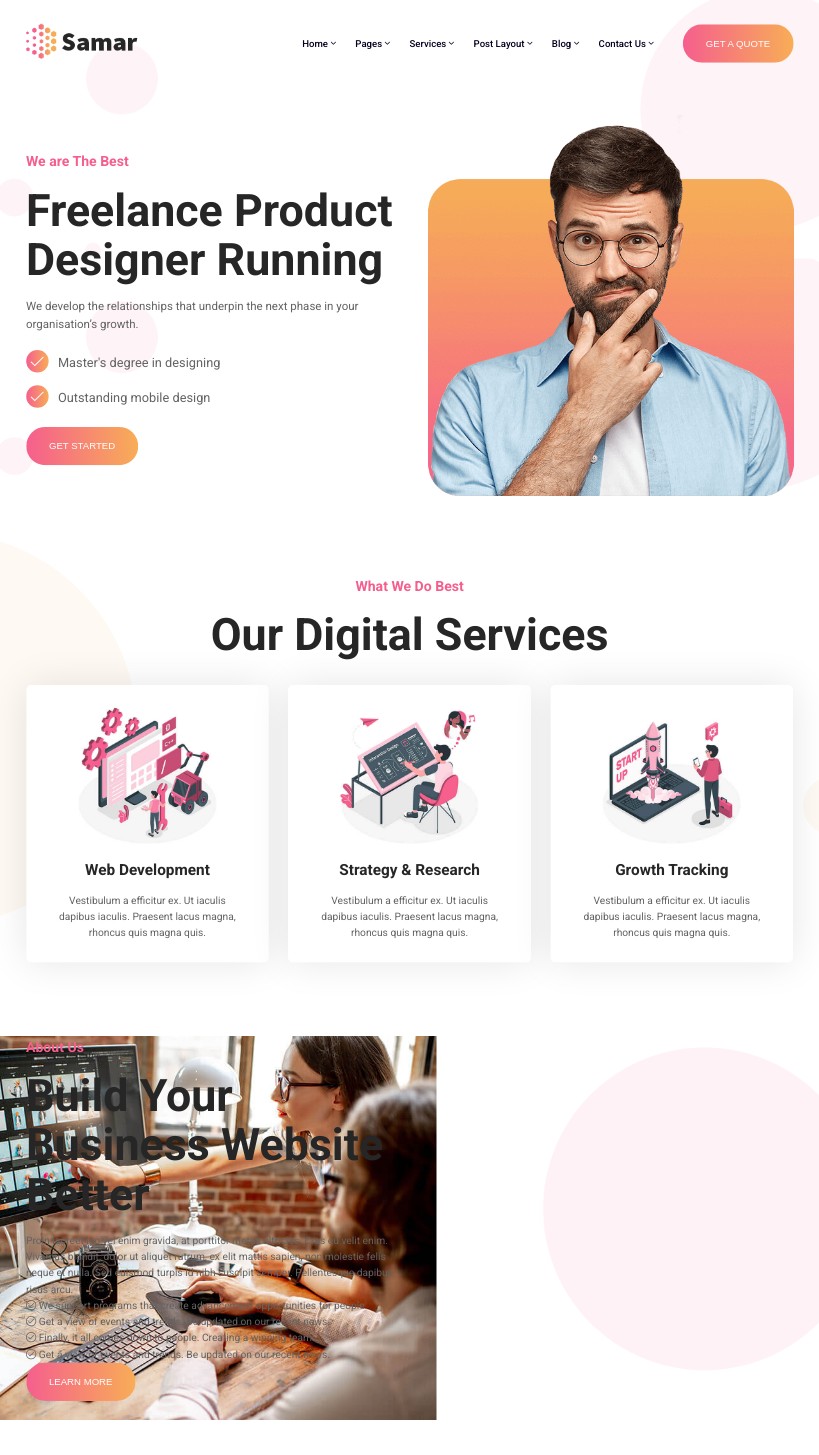
Repository: ducdatit2002/samar
Page: index.html
These files come from the project's save history. The page is drawn as it stood at one moment and after the next save; the edit follows.
The browser window is 1280 px wide. The pictures show the whole page, at 64% of full size.

Above is the page before, as saved 2023-07-27 09:08:57.

After the next save:
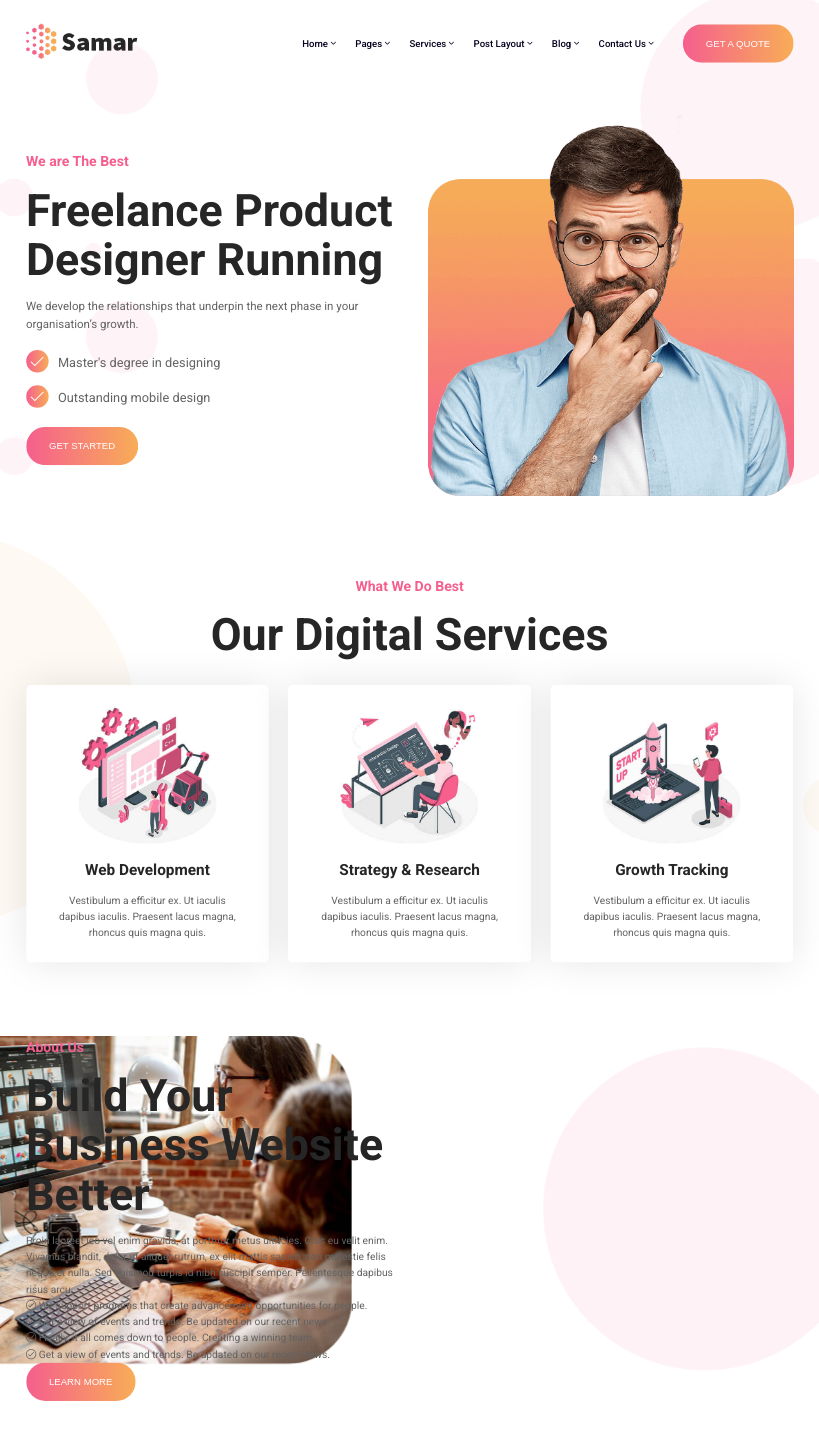
Saved 37 s later.
--- a/index.css
+++ b/index.css
@@ -205,6 +205,10 @@ header {
     position: absolute;
     left: -17%;
 }
+.aboutUs__left img {
+    width: 100%;
+    border-radius: 0 100px 100px 0;
+}
 .aboutUs__right {
     width: 50%;
 }
